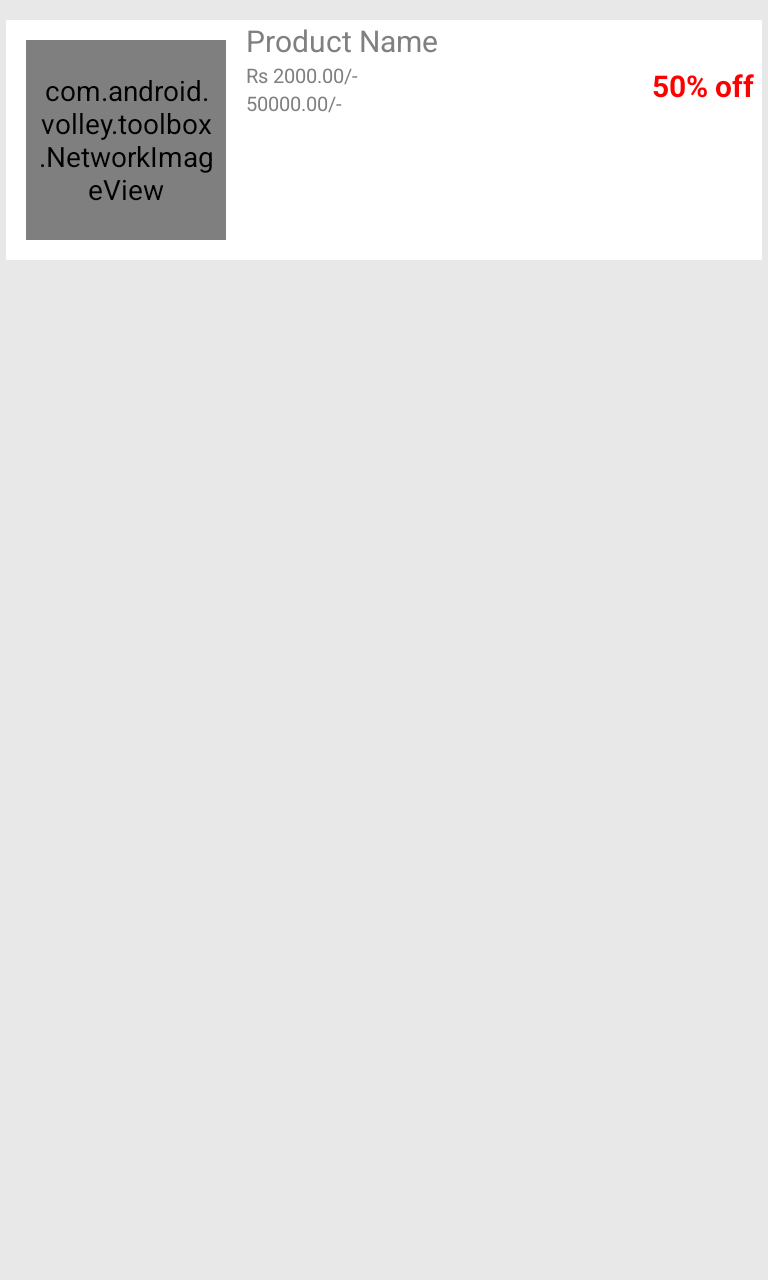
Repository: thisisdemo333/BigDiscount
Layout: BigDiscounts/res/layout/view_lv_search_list.xml
The author's editor kept a copy of each file at every save. The layout is drawn from the files as they stood at one save, then again after the next save.
Pictures or frames that could not be fetched are drawn as grey boxes. It is drawn on a 768 x 1280 px phone screen (xhdpi) without system bars, with theme AppTheme; the app's code is not run.

Above is the layout before, as saved 2015-05-10 16:22:50.

After the next save:
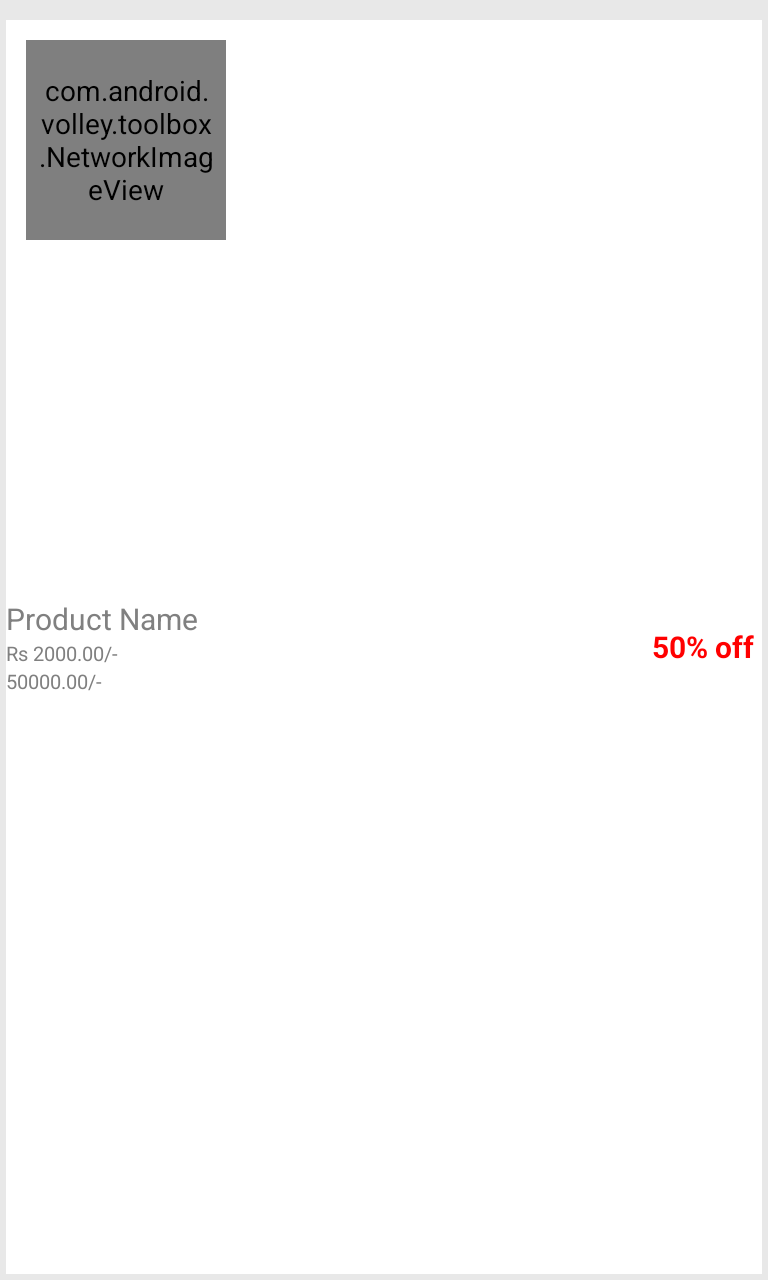
Saved 99 s later.
--- a/BigDiscounts/res/layout/view_lv_search_list.xml
+++ b/BigDiscounts/res/layout/view_lv_search_list.xml
@@ -37,35 +37,40 @@
                 android:scaleType="fitXY" />
         </RelativeLayout>
 
-        <TextView
-            android:id="@+id/tv_product_name"
+        <RelativeLayout
             android:layout_width="wrap_content"
-            android:layout_height="wrap_content"
+            android:layout_height="match_parent"
+            android:gravity="center_vertical">
 
-            android:layout_toRightOf="@+id/image_loader"
-            android:text="Product Name"
-            android:textColor="@color/gray"
-            android:textSize="@dimen/medium_text_size" />
+            <TextView
+                android:id="@+id/tv_product_name"
+                android:layout_width="wrap_content"
+                android:layout_height="wrap_content"
+                android:layout_toRightOf="@+id/image_loader"
+                android:text="Product Name"
+                android:textColor="@color/gray"
+                android:textSize="@dimen/medium_text_size" />
 
-        <TextView
-            android:id="@+id/tv_product_selling_prise"
-            android:layout_width="wrap_content"
-            android:layout_height="wrap_content"
-            android:layout_below="@+id/tv_product_name"
-            android:layout_toRightOf="@+id/image_loader"
-            android:text="Rs 2000.00/-"
-            android:textColor="@color/gray"
-            android:textSize="@dimen/small_text_size" />
+            <TextView
+                android:id="@+id/tv_product_selling_prise"
+                android:layout_width="wrap_content"
+                android:layout_height="wrap_content"
+                android:layout_below="@+id/tv_product_name"
+                android:layout_toRightOf="@+id/image_loader"
+                android:text="Rs 2000.00/-"
+                android:textColor="@color/gray"
+                android:textSize="@dimen/small_text_size" />
 
-        <TextView
-            android:id="@+id/tv_product_mrp"
-            android:layout_width="wrap_content"
-            android:layout_height="wrap_content"
-            android:layout_below="@+id/tv_product_selling_prise"
-            android:layout_toRightOf="@+id/image_loader"
-            android:text="50000.00/-"
-            android:textColor="@color/gray"
-            android:textSize="@dimen/small_text_size" />
+            <TextView
+                android:id="@+id/tv_product_mrp"
+                android:layout_width="wrap_content"
+                android:layout_height="wrap_content"
+                android:layout_below="@+id/tv_product_selling_prise"
+                android:layout_toRightOf="@+id/image_loader"
+                android:text="50000.00/-"
+                android:textColor="@color/gray"
+                android:textSize="@dimen/small_text_size" />
+        </RelativeLayout>
 
         <TextView
             android:id="@+id/tv_product_offer"

After the save that followed:
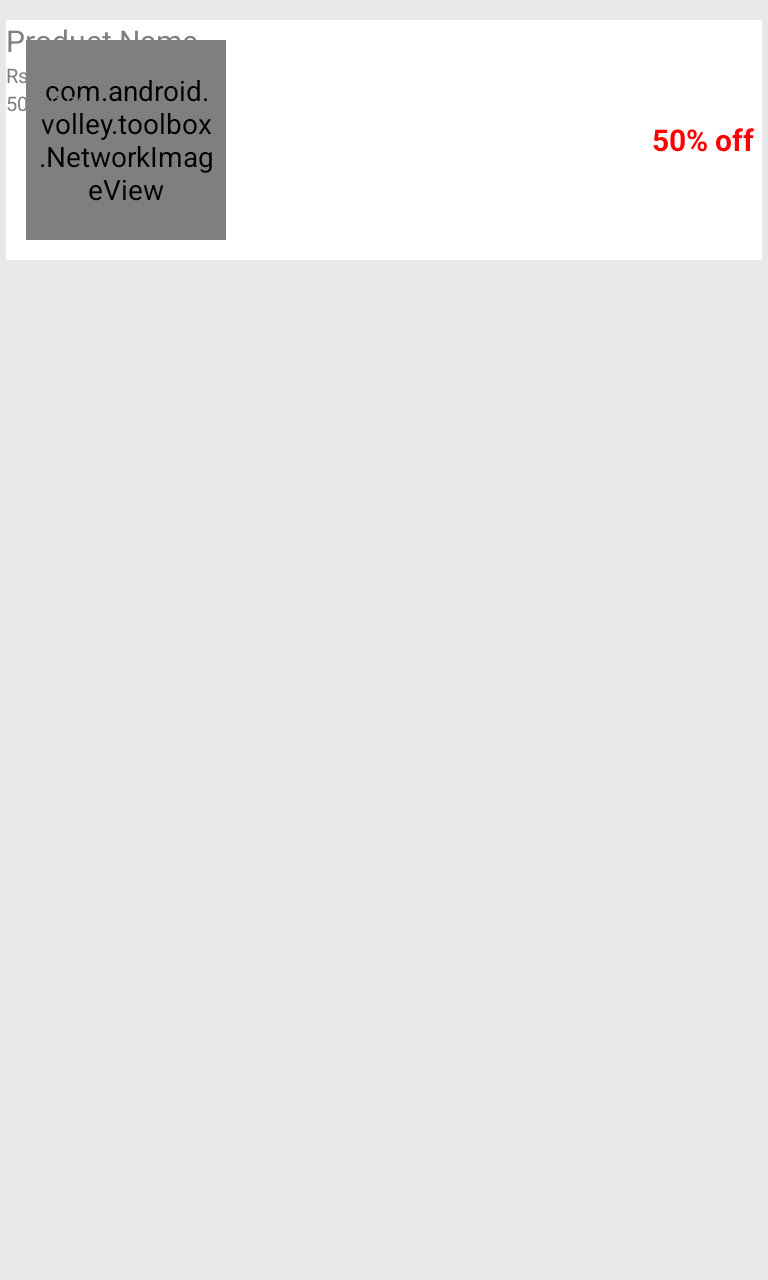
Saved 8 s later.
--- a/BigDiscounts/res/layout/view_lv_search_list.xml
+++ b/BigDiscounts/res/layout/view_lv_search_list.xml
@@ -39,7 +39,7 @@
 
         <RelativeLayout
             android:layout_width="wrap_content"
-            android:layout_height="match_parent"
+            android:layout_height="wrap_content"
             android:gravity="center_vertical">
 
             <TextView
